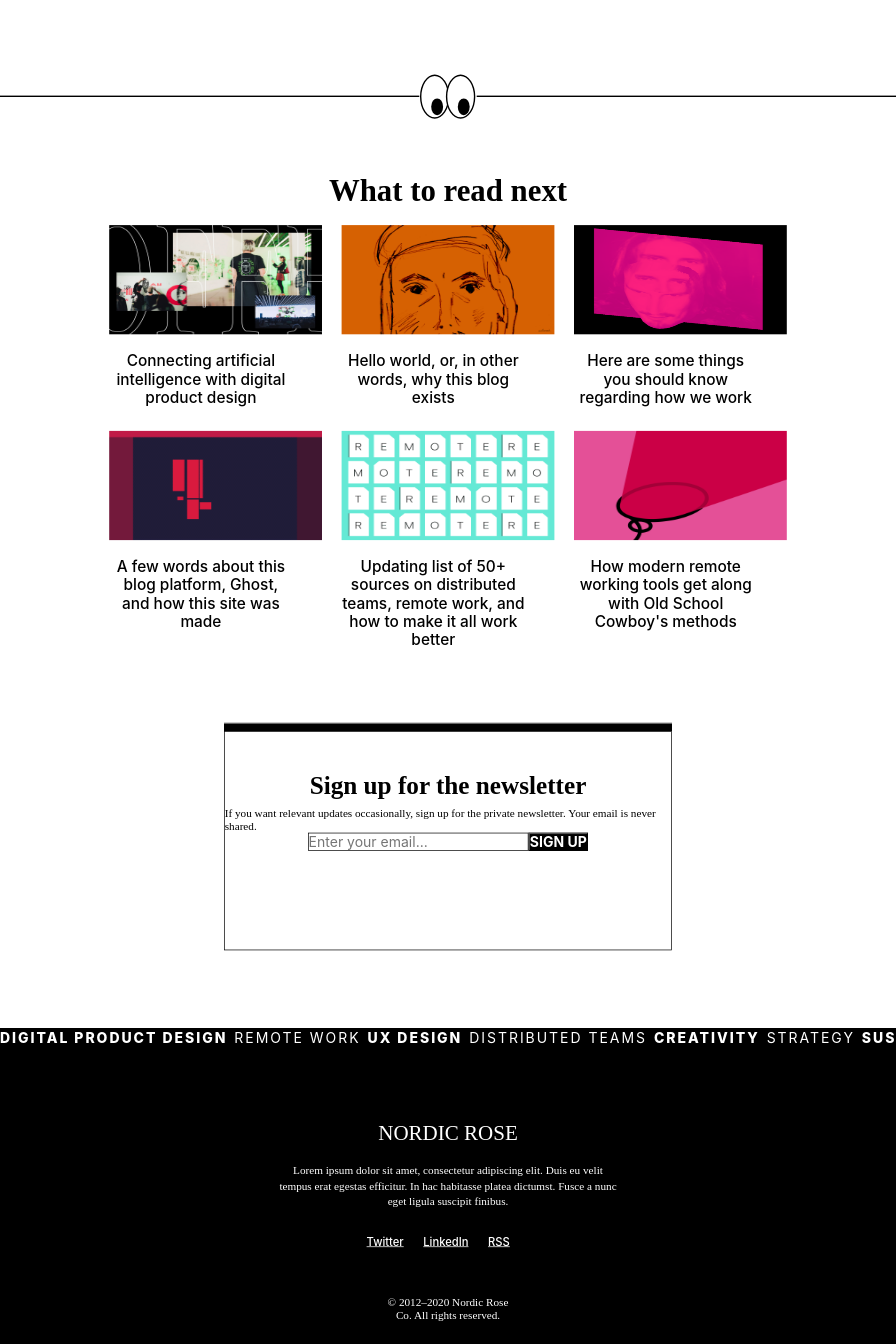
Repository: ThuTrang-jvb/JVB-BT1
Page: Page 3/article.html
These files come from the project's save history. The page is drawn as it stood at one moment and after a run of saves; the edit follows.
The browser window is 1280 px wide. The pictures show the part of the page from y = 3931 to 5851 px (the page is 5851 px tall), at 70% of full size.

Above is the page before, as saved 2025-06-30 10:17:15.

### Page 3/article.html
<!DOCTYPE html>
<html lang="en">
<head>
    <meta charset="UTF-8">
    <meta name="viewport" content="width=device-width, initial-scale=1.0">
    <link rel="stylesheet" href="styleArticle.css">
    <link href="https://fonts.googleapis.com/css2?family=Playfair+Display&display=swap" rel="stylesheet">
    <title>Article</title>
</head>
<body>
    <div class="header">
        <h1>NORDIC ROSE</h1>
        <div class="nav">
            <p class="active">blog</p>
            <p>about</p>
            <p>links</p>
            <p>projects</p>
        </div>
        <div class="hamburger">
            <span></span>
            <span></span>
            <span></span>
        </div>
    </div>
    <hr>
    <div class="main">
        <div class="title">
            <h1>A few words about this blog platform, Ghost, and how this site was made</h1>
            <p>Why Ghost (& Figma) instead of Medium, <br> WordPress or other options?</p>
            <img src="image/image 2.png" alt="image 2">
            <hr>
        </div>
        <div class="status">
            <div class="status_img">
                <img src="image/anh_nen.png" alt="image 3">
                <div class="status_text">
                    <p class="bold_p">Mika MAtikainen</p>
                    <p>Apr 15, 2020 · 4 min read</p>
                </div>

            </div>

            <div class="share-buttons">
                <button class="share-btn" aria-label="Share on Facebook">
                    <svg width="18" height="18" viewBox="0 0 24 24" fill="#000" xmlns="http://www.w3.org/2000/svg">
                    <path d="M22 12.07C22 6.48 17.52 2 12 2S2 6.48 2 12.07c0 5 3.66 9.13 8.44 9.93v-7.03h-2.54v-2.9h2.54V9.41c0-2.5 1.49-3.89 3.77-3.89 1.09 0 2.24.2 2.24.2v2.46h-1.26c-1.24 0-1.63.77-1.63 1.56v1.87h2.78l-.44 2.9h-2.34v7.03C18.34 21.2 22 17.07 22 12.07z"/>
                    </svg>
                </button>
                <button class="share-btn" aria-label="Share on Twitter">
                    <svg width="18" height="18" viewBox="0 0 24 24" fill="#000" xmlns="http://www.w3.org/2000/svg">
                    <path d="M22.46 6c-.77.35-1.6.58-2.46.69a4.28 4.28 0 0 0 1.88-2.36 8.56 8.56 0 0 1-2.71 1.04 4.26 4.26 0 0 0-7.26 3.88 12.09 12.09 0 0 1-8.77-4.45 4.26 4.26 0 0 0 1.32 5.69 4.23 4.23 0 0 1-1.93-.53v.05a4.26 4.26 0 0 0 3.42 4.17 4.29 4.29 0 0 1-1.92.07 4.26 4.26 0 0 0 3.98 2.96A8.54 8.54 0 0 1 2 19.54 12.07 12.07 0 0 0 8.29 21.5c7.55 0 11.68-6.26 11.68-11.68 0-.18 0-.35-.01-.53A8.36 8.36 0 0 0 22.46 6z"/>
                    </svg>
                </button>
            </div>
        </div>
        <div class="caption">
            <pre>Lorem ipsum dolor sit amet, consectetur adipiscing elit. Duis eu velit
tempus erat egestas efficitur. In hac habitasse platea dictumst. Fusce a
nunc eget ligula suscipit finibus. Aenean pharetra quis lacus at viverra.

Class aptent taciti sociosqu ad litora torquent per conubia nostra, per
inceptos himenaeos. Aliquam quis posuere ligula. In eu dui molestie, molestie
lectus eu, semper lectus.</pre>
            <h2>Next on the pipeline</h2>
            <pre>Duis eu velit tempus erat egestas efficitur. In hac habitasse platea
dictumst. Fusce a nunc eget ligula suscipit finibus. Aenean pharetra
quis lacus at viverra. Class aptent taciti sociosqu ad litora torquent per
conubia nostra, per inceptos himenaeos.

Morbi efficitur auctor metus, id mollis lorem pellentesque id. Nullam
posuere maximus dui et fringilla. </pre>
            <figure>
                <img src="image/3cc5df540f70fc0ba5d96cdc94c3d237971a9b6e.jpg" alt="Rectangle 8">
                <figcaption>Image caption centered this way and I’ll make this a bit longer to indicate the amount of line-height. </figcaption>
            </figure>
            <pre>Aenean pharetra quis lacus at viverra. Class aptent taciti sociosqu ad
litora torquent per conubia nostra, per inceptos himenaeos. Aliquam
quis posuere ligula.

In eu dui molestie, molestie lectus eu, semper lectus. Proin at justo
lacinia, auctor nisl et, consequat ante. Donec sit amet nisi arcu. Morbi
efficitur auctor metus, id mollis lorem pellentesque id. Nullam
posuere maximus dui et fringilla. Nulla non volutpat leo.</pre>
            <p>A list looks like this:</p>
            <ul>
                <li>First item in the list</li>
                <li>Second item in the list lorem ipsum dolor sit amet nunc felis dolor lorem ipsum sit amet</li>
                <li>Third item in the list</li>
            </ul>
            <p>Class aptent taciti sociosqu ad litora torquent per conubia nostra, per inceptos himenaeos. Aliquam quis posuere ligula. </p>
            <p>Thanks for reading,<br>
            Mika</p>
        </div>
        <div class="links">
            <div class="share-buttons">
                <button class="share-btn" aria-label="Share on Facebook">
                    <svg width="18" height="18" viewBox="0 0 24 24" fill="#000" xmlns="http://www.w3.org/2000/svg">
                        <path d="M22 12.07C22 6.48 17.52 2 12 2S2 6.48 2 12.07c0 5 3.66 9.13 8.44 9.93v-7.03h-2.54v-2.9h2.54V9.41c0-2.5 1.49-3.89 3.77-3.89 1.09 0 2.24.2 2.24.2v2.46h-1.26c-1.24 0-1.63.77-1.63 1.56v1.87h2.78l-.44 2.9h-2.34v7.03C18.34 21.2 22 17.07 22 12.07z"/>
                        <span>Share on Facebook</span>
                    </svg>
                </button>
                <button class="share-btn" aria-label="Share on Twitter">
                    <svg width="18" height="18" viewBox="0 0 24 24" fill="#000" xmlns="http://www.w3.org/2000/svg">
                    <path d="M22.46 6c-.77.35-1.6.58-2.46.69a4.28 4.28 0 0 0 1.88-2.36 8.56 8.56 0 0 1-2.71 1.04 4.26 4.26 0 0 0-7.26 3.88 12.09 12.09 0 0 1-8.77-4.45 4.26 4.26 0 0 0 1.32 5.69 4.23 4.23 0 0 1-1.93-.53v.05a4.26 4.26 0 0 0 3.42 4.17 4.29 4.29 0 0 1-1.92.07 4.26 4.26 0 0 0 3.98 2.96A8.54 8.54 0 0 1 2 19.54 12.07 12.07 0 0 0 8.29 21.5c7.55 0 11.68-6.26 11.68-11.68 0-.18 0-.35-.01-.53A8.36 8.36 0 0 0 22.46 6z"/>
                    <span>Share on Twitter</span>
                    </svg>
                </button>
            </div>
        </div>
        <div class="tag">
            <p>Tags: <a href="#">product design</a>, <a href="#">culture</a></p>
            <hr>
            <div class="status_tag">
                <img src="image/anh_nen.png" alt="image 3">
                <div class="status_text_end">
                    <p> <b>MIKA MATIKAINEN</b> is a Design Founder & Advisor, Berlin School of Creative Leadership Executive MBA participant, Zippie advisor, Wolt co-founder, and Nordic Rose stakeholder.  </p>
                </div>

            </div>
        </div>
    </div>
    <div class="divider">
        <div class="path"></div>
        <div class="eyes">
            <div class="eye eye-left">
                <div class="pupil"></div>
            </div>
            <div class="eye eye-right">
                <div class="pupil"></div>
            </div>
        </div>
        <div class="path"></div>
    </div>
    <div>
        <h3>What to read next</h3>
        <div class="image">
            <div class="image_line">
                <img src="image/image1.png" alt="Rectangle 4">
                <p>Connecting artificial intelligence with digital product design</p>
            </div>
            <div class="image_line">
                <img src="image/image2.png" alt="Rectangle 11">
                <p>Hello world, or, in other words, why this blog exists</p>
            </div>
            <div class="image_line">
                <img src="image/image.png" alt="Rectangle 10">
                <p>Here are some things you should know regarding how we work </p>
            </div>
        </div>
        <div class="image_desktop">
            <div class="image_line">
                <img src="image/image13.png" alt="Rectangle 37">
                <p>A few words about this blog platform, Ghost, and how this site was made</p>
            </div>
            <div class="image_line">
                <img src="image/image12.png" alt="Rectangle 39">
                <p>Updating list of 50+ sources on distributed teams, remote work, and how to make it all work better</p>
            </div>
            <div class="image_line">
                <img src="image/image11.png" alt="Rectangle 38">
                <p>How modern remote working tools get along with Old School Cowboy's methods</p>
            </div>
        </div>
    </div>
    <hr>
    <div class="frame">
        <p class="sign">Sign up for the newsletter</p>
        <p class="text">If you want relevant updates occasionally, sign up for the private newsletter. Your email is never shared. </p>
        <div class="email">
            <input type="email" placeholder="Enter your email...">
            <button>SIGN UP</button>
        </div>
    </div>



    <div class="footer">
        <div class="line-wrap">
            <div class="line">
                <span class="bold">Digital product design</span>
                <span>Remote work</span>
                <span class="bold">UX design</span>
                <span>Distributed teams</span>
                <span class="bold">Creativity</span>
                <span>Strategy</span>
                <span class="bold">Suspense</span>
                <span>Growth</span>
            </div>
        </div>
        <p class="logo">NORDIC ROSE</p>
        <p class="para">Lorem ipsum dolor sit amet, consectetur adipiscing elit. Duis eu velit tempus erat egestas efficitur. In hac habitasse platea dictumst. Fusce a nunc eget ligula suscipit finibus. </p>
        <div class="info">
            <p>Twitter</p>
            <p>LinkedIn</p>
            <p>RSS</p>
        </div>
        <p class="year">© 2012–2020 Nordic Rose Co. All rights reserved. </p>
    </div>
</body>
</html>

### Page 3/styleArticle.css
 * {
    margin: 0;
    padding: 0;
    box-sizing: border-box;
 }
.header {
    width: 100%;
    max-width: 1440px;
    height: auto;
    box-sizing: border-box;
    justify-content: space-between;
    align-items: center;
    display: flex;
    gap: 476.59px;
    padding: 52.54px 61px 40px 63.58px;
    height: 134px;
}
.header h1 {
    font-weight: 400;
    font-size: 30px;
}
.hamburger {
  display: none;
  flex-direction: column;
  gap: 5px;
  cursor: pointer;
}

.hamburger span {
  width: 25px;
  height: 3px;
  background-color: black;
  display: block;
  border-radius: 2px;
}
.nav {
    display: flex;
    justify-content: center;
    gap: 34px;
}
.nav p {
    position: relative;
    font-family: New York Small;
    font-weight: 500;
    font-size: 20px;
    line-height: 170%;
    letter-spacing: 2.8px;
    text-align: center;
    text-transform: uppercase;
    margin: 0;
    text-decoration: none;

}

.nav p.active::after {
    content: "";
    position: absolute;
    bottom: -43px;
    left: 50%;
    transform: translateX(-50%);
    width: 50px;
    height: 2px;
    background-color: #000;
}

hr {
  width: 100vw;
  border: none;
  border-top: 1px solid #ccc;
  margin: 0;
}
.title img {
    width: 100vw;
    height: auto;
    display: block;
    padding-bottom: 44px;
    margin: 0 auto;
}
.title h1 {
    font-family: New York Extra Large;
    font-weight: 700;
    font-size: 54px;
    line-height: 100%;
    letter-spacing: 0%;
    text-align: center;
    margin: 0 auto;
    max-width: 858px;
    padding-top: 52px;
    padding-bottom: 32px;
}
.title p {
    font-family: SF Mono;
    font-weight: 400;
    font-size: 20px;
    line-height: 170%;
    letter-spacing: 0%;
    text-align: center;
    max-width: 592px;
    margin: 0 auto;
    padding-bottom: 52px;

}
.title hr {
    border: 2px solid #000000;
    width: 640px;
    display: block;
    margin: 0 auto;
}
.status_img img {
    width: 56px;
    height: 56px;
    object-fit: cover;
    border-radius: 50%;
}
.share-buttons {
    display: flex;
    border: 2px solid #e0e0e0;
    border-radius: 5px;
    overflow: hidden;
    width: fit-content;
    background-color: #fff;
    margin-left: 273px;
    margin-top: 1px;
}
.share-btn {
    border: none;
    padding: 12.04px 25px;
    background: transparent;
    cursor: pointer;
    display: flex;
    align-items: center;
    justify-content: center;
    outline: none;
    gap: 16px;
}

.share-btn + .share-btn {
    border-left: 1px solid #e0e0e0;
}

.share-btn svg {
    width: 20px;
    height: 20px;
}
.status {
    display: flex;
    justify-content: center;
    align-items: center;
}
.status_img {
    display: flex;
    align-items: center;
    gap: 5px;
    padding-top: 24px;
    padding-bottom: 53px;
}
.bold_p {
    max-width: 191px;
    font-family: SF Pro Text;
    font-weight: 700;
    font-size: 16px;
    line-height: 100%;
    letter-spacing: 5%;
    text-transform: uppercase;
}
.status_text p {
    font-family: SF Pro Text;
    font-weight: 400;
    font-size: 16px;
    line-height: 100%;
    letter-spacing: 0%;
}
.status_text {
    padding-top: 5px;
}
.caption pre{
    text-align: left;
    margin: 0 auto;
    max-width: 640px;
    font-family: 'SF Pro Text', 'New York Medium', serif;
    font-weight: 400;
    font-size: 20px;
    line-height: 170%;
    letter-spacing: 0%;

}

.caption h2 {
    font-family: SF Pro Display;
    font-weight: 700;
    font-size: 32px;
    line-height: 160%;
    letter-spacing: 0%;
    padding-top: 57px;
    padding-bottom: 24px;
    text-align: left;
    max-width: 640px;
    margin: 0 auto;
}
.caption img {
    width: 854px;
    height: 570px;
    display: block;
    margin: 0 auto;
    padding-top: 52px;
    padding-bottom: 12px;
}
figcaption {
    max-width: 481px;
    text-align: center;
    margin: 0 auto;
    padding-bottom: 52px;
}
.caption p {
    font-family: New York Medium;
    font-weight: 400;
    font-size: 20px;
    line-height: 170%;
    letter-spacing: 0%;
    text-align: left;
    margin: 0 auto;
    max-width: 640px;
    padding-top: 52px;
}
li {
    font-family: New York Medium;
    font-weight: 400;
    font-size: 20px;
    line-height: 170%;
    letter-spacing: 0%;
    text-align: left;
    margin: 0 auto;
    max-width: 588px;
}
ul {
    padding-top: 19px;
}
.links {
    display: block;
    margin: 0 auto;
    padding-top: 77px;

}
.links .share-buttons{
    margin: 0 auto;
}
.links .share-btn {
    padding: 19px 70px;
}
.tag p {
    max-width: 640px;
    text-align: left;
    margin: 0 auto;
    padding-top: 32px;
    padding-bottom: 34px;
    font-family: SF Pro Text;
    font-weight: 500;
    font-size: 16px;
    line-height: 100%;
    letter-spacing: 3%;

}
.tag hr {
    border: 1px dotted #000000;
    width: 640px;
    display: block;
    margin: 0 auto;
}
.status_text_end {
    display: flex;
    max-width: 543px;
    text-align: left;
    margin: 0 auto;
    font-family: SF Pro Text;
    font-weight: 400;
    font-size: 16px;
    line-height: 160%;
    letter-spacing: 5%;

}
.status_tag img {
    width: 70px;
    height: 70px;
    object-fit: cover;
    border-radius: 50%;
}
.status_tag {
    display: flex;
    align-items: center;
    gap: 24px;
    max-width: 640px;
    margin: 0 auto;
}



.footer {
    background-color: #000000;
    color: white;
    text-align: center;
    padding-bottom:32px;
}
.bold {
    font-weight: 800;
}
.line {
    display: flex;
    flex-wrap: nowrap;
    overflow-x: auto;
    max-width: 100%;
    letter-spacing: 2.8px;
    white-space: nowrap;
    padding-bottom: 105.12px;
    scrollbar-width: none;
    gap: 10px;
}
.line::-webkit-scrollbar {
    display: none;
}
.line-wrapper {
  width: 100vw;
  overflow-x: auto;
}
.line span {
    font-family: SF Pro Text;
      font-size: 20px;
      color: #fff;
      text-transform: uppercase;
      display: inline-flex;
      flex-wrap: nowrap;
      justify-content: center;
      flex-shrink: 0;
      line-height: 28px;
}
    .divider {
      display: flex;
      align-items: center;
      justify-content: center;
      margin: 100px 0 40.71px;
    }

    .path {
      flex: 1;
      height: 2.5px;
      background-color: black;
    }

    .eyes {
      display: flex;
      width: 82px;
      height: 64px;
      align-items: center;
      position: relative;
    }

    .eye {
      width: 42.29px;
      height: 62.86px;
      background: white;
      border: 2.5px solid black;
      border-radius: 50%;
      position: absolute;
    }

    .eye-left {
      left: 0.5px;
    }

    .eye-right {
      left: 38px;
    }

    .pupil {
      width: 17.14px;
      height: 24.29px;
      background: black;
      border-radius: 50%;
      position: absolute;
      top: 55%;
      left: 38%;
    }
.image, .image_desktop {
    display: grid;
    grid-template-columns: repeat(3, 0fr);
    justify-content: center;
    gap: 28px
}
.image_line img {
    width: 304px;
    height: 176px;
    padding-bottom: 20px;
}
.image_line p {
    font-family: SF Pro Display;
    font-weight: 500;
    font-size: 22px;
    line-height: 120%;
    letter-spacing: 0%;
    text-align: center;
    max-width: 262px;
    padding-bottom: 34px;
}
h3 {
    font-family: New York Extra Large;
    font-weight: 700;
    font-size: 44px;
    line-height: 100%;
    letter-spacing: 0%;
    text-align: center;
    padding-top: 40.71px;
    padding-bottom: 27px;
}
.email {
    display: flex;
    justify-content: center;
}
.frame {
    width: 640px;
    height: 313px;
    border: 1px solid #000000;
    display: block;
    margin: 0 auto 111px;
}
hr {
    background: #000000;
    width: 640px;
    height: 12px;
    display: block;
    margin: 0 auto;
    margin-top: 71px;
}
button {
    background-color: #000000;
    color: white;
    font-family: SF Pro Text;
    font-weight: 700;
    font-size: 20px;
    line-height: 100%;
    letter-spacing: 5%;
    text-align: center;
    text-transform: uppercase;
}
input {
    border: 1px solid #000000;
    font-family: SF Pro Text;
    font-weight: 400;
    font-size: 20px;
    line-height: 100%;
    letter-spacing: 0%;
}
.sign {
    font-family: New York Extra Large;
    font-weight: 700;
    font-size: 36px;
    line-height: 28px;
    letter-spacing: 0%;
    text-align: center;
    padding-top: 62px;
    padding-bottom: 18px;
}
.text {

}








.footer h1 {
    padding-bottom: 25.58px;
}
.para {
    font-family: New York Small;
    font-weight: 400;
    font-size: 16px;
    line-height: 140%;
    text-align: center;
    max-width: 488px;
    padding-bottom: 32px;
    margin: 0 auto;
}
.info {
    display: flex;
    justify-content: center;
    max-width: 209px;
    padding-bottom: 64px;
    margin: 0 auto;
}

.info p {
    margin: 0;
    font-family: SF Pro Text;
    font-weight: 500;
    font-size: 16px;
    line-height: 170%;
    text-decoration: underline;
    padding-right: 28px;
}
.logo {
    margin: 0;
    font-weight: 400;
    font-size: 30px;
    padding-bottom: 25.58px;
}
.footer .year {
    max-width: 178px;
    text-align: center;
    margin: 0 auto;
}
@media screen and (max-width: 767px) {
    .header {
        padding: 24px 20px;
        gap: 0;
    }

    .nav {
        display: none;
    }

    .hamburger {
        display: flex;
    }
    hr {
        width: 100%;
    }
    .main {
        padding: 52px 0 0 0;
    }

    .title img {
        width: 100%;
        height: auto;
        display: block;
        margin: 0;
    }

    .title h1 {
        font-size: 36px;
        max-width: 100%;
        text-align: center;
        padding-bottom: 24px;
        margin: 0 auto;
    }

    .title p {
        font-size: 16px;
        max-width: 90%;
        text-align: center;
        padding-bottom: 36px;
    }

    .title hr {
        width: 90%;

    }




    .line {
        margin: 0;
        padding-bottom: 32px;
        justify-content: flex-start;
        max-width: 100vw;
        overflow-x: auto;
    }

    .line span {
        font-size: 14px;
        line-height: 24px;
    }

    .logo {
        font-size: 20px;
        padding-bottom: 16px;
    }

    .para {
        font-size: 14px;
        padding-bottom: 32px;
        margin: 0 auto;
        max-width: 90%;
    }

    .info {
        justify-content: center;
        gap: 16px;
        font-size: 14px;
        padding-bottom: 64px;
        max-width: 100%;
    }

    .footer .year {
        font-size: 12px;
        padding: 0 16px;
    }
}

After the next 3 saves:
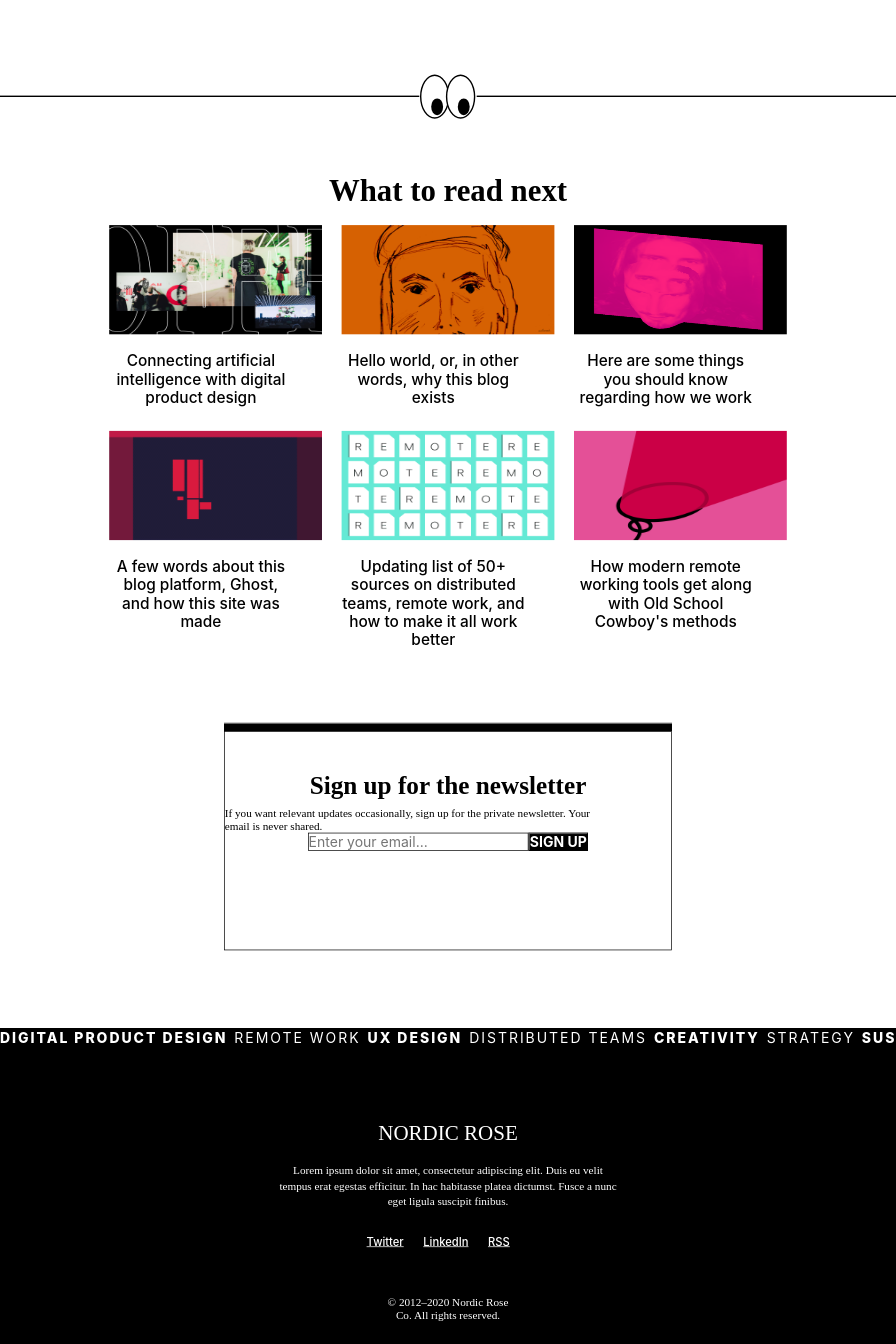
The 3 saves are shown as one change because they came seconds apart.
The last was saved 14 s later.
--- a/Page 3/styleArticle.css
+++ b/Page 3/styleArticle.css
@@ -459,6 +459,7 @@
     padding-bottom: 18px;
 }
 .text {
+    max-width: 538px;
 
 }
 
